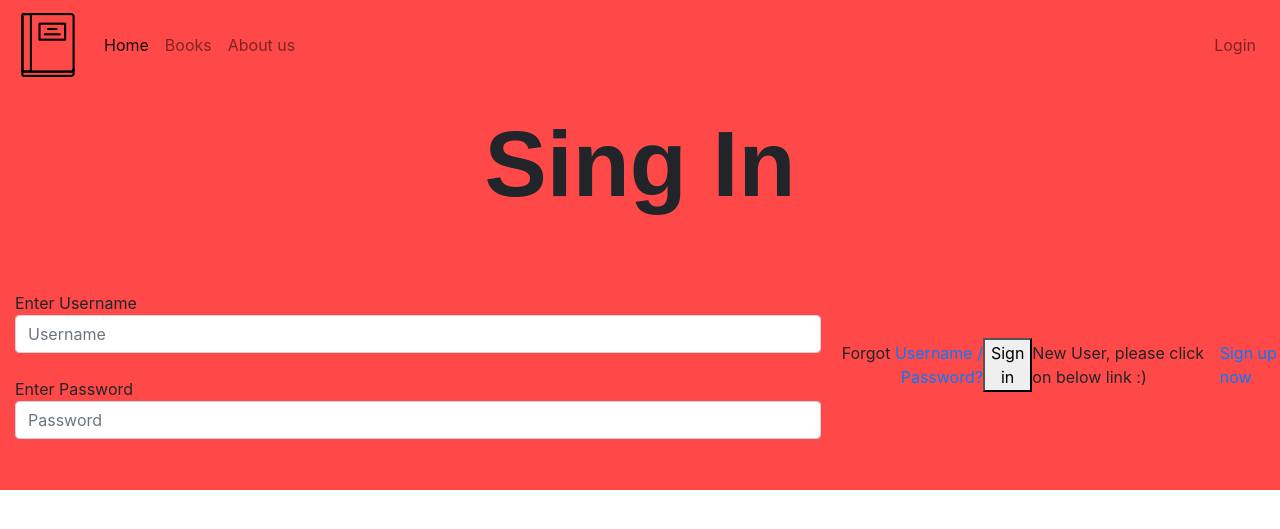
Repository: abhishekgandhi2398/BookStore
Page: http://localhost/BookStore/ulogin.jsp
The author's editor kept a copy of each file at every save. The page is drawn from the files as they stood at one save, then again after the next save.
The browser window is 1280 px wide. The pictures show the whole page.
The page is served by Tomcat 9.

Above is the page before, as saved 2019-12-06 15:25:48.
Console error: TypeError: Cannot read properties of undefined (reading 'fn')

After the next save:
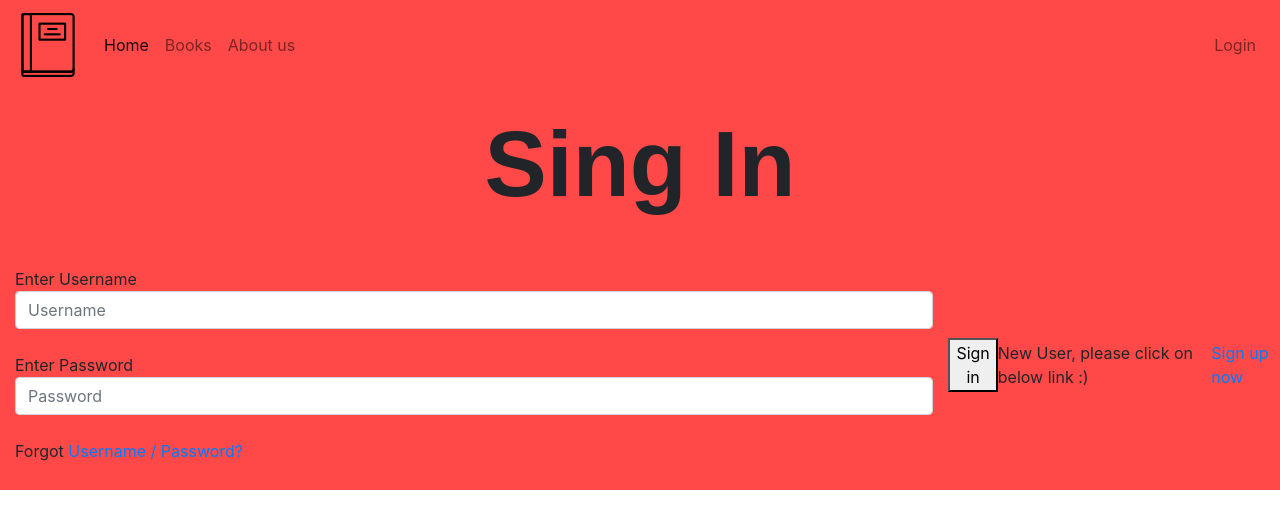
Saved 32 s later.
--- a/ProjectJava/BookStore/WebContent/ulogin.jsp
+++ b/ProjectJava/BookStore/WebContent/ulogin.jsp
@@ -98,16 +98,17 @@ else
 								<span class="focus-input100">Enter Password</span>
 
 						<input class="form-control" type="password" name="password" placeholder="Password">
+						<br>
 
-					</div>
-					<div class="text-right p-t-13 p-b-23">
-						<span class="txt1">
+									<span class="txt1">
 							Forgot
 						</span>
 
 						<a href="#" class="txt2">
 							Username / Password?
 						</a>
+
+
 					</div>
 
 					<div class="container-login100-form-btn">
